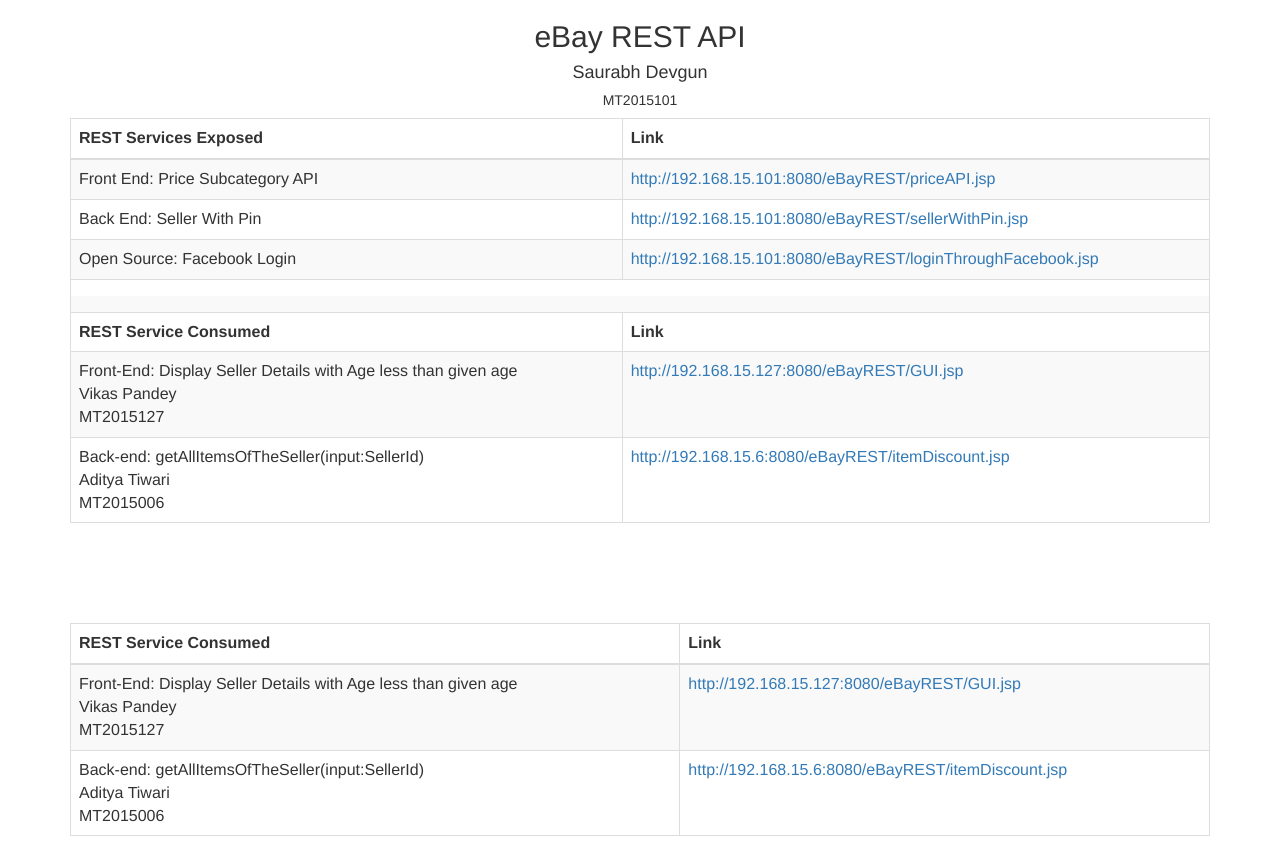
Repository: saurabh-devgun-iiitb/RESTProject
Page: http://localhost/eBayREST/
An editor plug-in stored every save of this project. The page is shown before and after the next save, followed by the edit.
The browser window is 1280 px wide. The pictures show the whole page.
The page is served by Tomcat 9.

Above is the page before, as saved 2016-07-23 06:17:13.

After the next save:
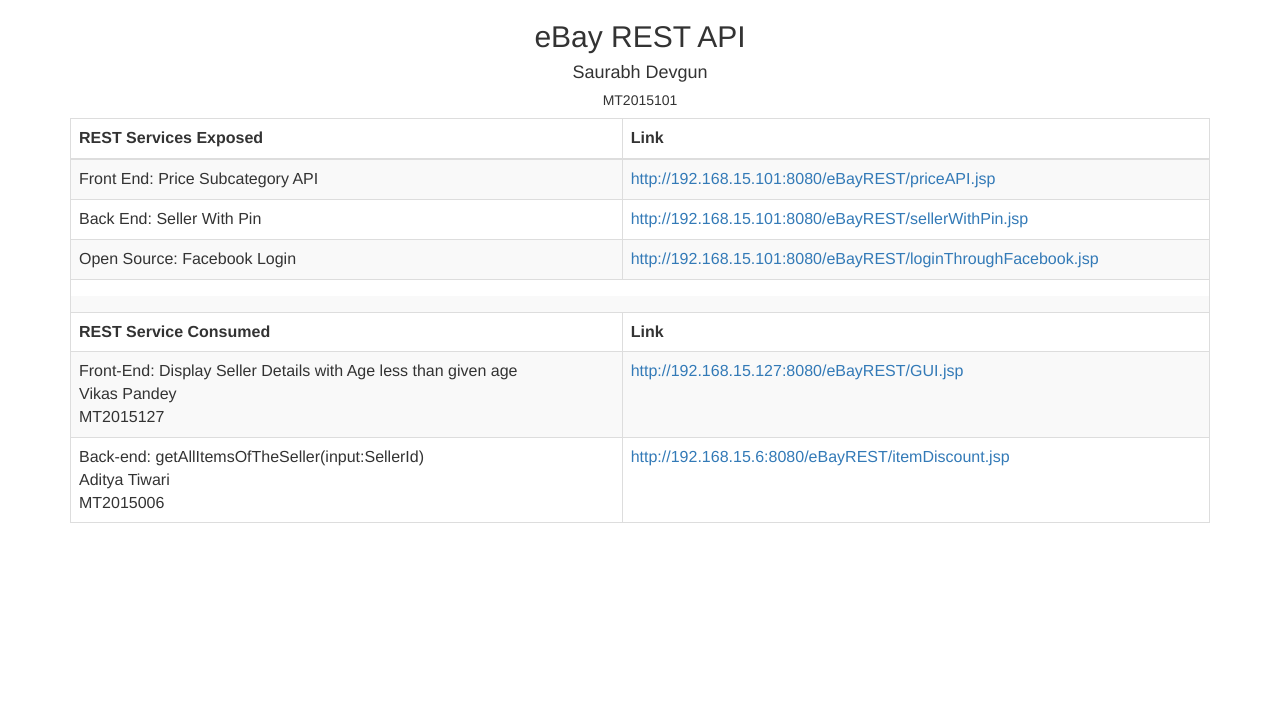
Saved 2 min 32 s later.
--- a/eBayREST/WebContent/index.jsp
+++ b/eBayREST/WebContent/index.jsp
@@ -53,7 +53,7 @@
       </tbody>
     </table>
     </div>
-    <br><br><br><br>
+    <!-- <br><br><br><br>
     <div class="container">
     	<table class="table table-hover table-striped table-bordered">
       <thead>
@@ -73,7 +73,7 @@
         </tr>
       </tbody>
     </table>
-    </div>
+    </div> -->
     <!--
     <p><a href="priceAPI.jsp">Price API</a></p>
     <p><a href="loginThroughFacebook.jsp">Login through Facebook</a></p>
